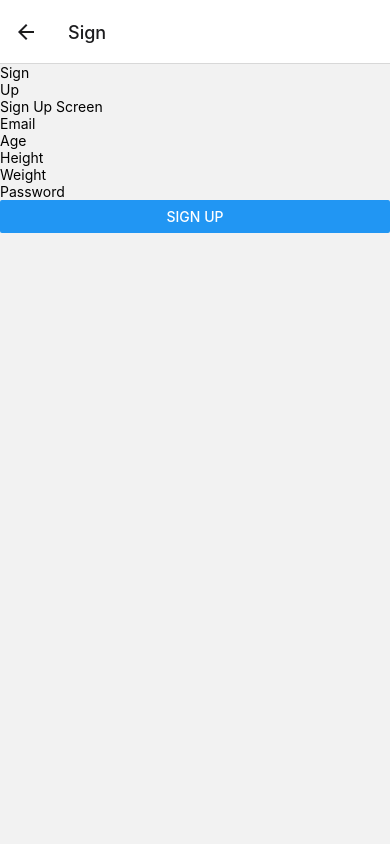
Repository: kgayathridevi/pregband
Screen: /Sign
The author's editor kept a copy of each file at every save. The screen is drawn from the files as they stood at one save, then again after the next save.
The app was drawn by React Native's web renderer in a window 390 px wide. The project was rebuilt for these pictures with package versions that can differ from the ones it lists, and the page was loaded fresh each time. Also part of the build but not shown: component/Home.jsx.

Above is the screen before, as saved 2023-04-28 15:39:13.

### App.js
import { NavigationContainer } from "@react-navigation/native";
import { createNativeStackNavigator } from "@react-navigation/native-stack";
import { StatusBar } from "expo-status-bar";
import { StyleSheet, Text, View } from "react-native";
import SignUpScreen from "./component/SignUpScreen";
import LogInScreen from "./component/LogInScreen";
import Home from "./component/Home";

const Stack = createNativeStackNavigator();
export default function App() {
  return (
    <NavigationContainer>
      <Stack.Navigator initialRouteName="Log">
        <Stack.Screen
          options={{ headerShown: false }}
          name="Log"
          component={LogInScreen}
        />
        <Stack.Screen name="Sign" component={SignUpScreen} />
        <Stack.Screen name="Home" component={Home} />
      </Stack.Navigator>
    </NavigationContainer>
  );
}

const styles = StyleSheet.create({
  // container: {
  //   flex: 1,
  //   backgroundColor: '#fff',
  //   alignItems: 'center',
  //   justifyContent: 'center',
  // },
});

### component/SignUpScreen.jsx
import { StyleSheet, Text, View, TextInput, SafeAreaView } from "react-native";
import React from "react";
import { Button } from "react-native";

const SignUpScreen = ({ navigation }) => {
  return (
    <SafeAreaView>
      <View>
        <View></View>
        <View>
          <Text>Sign</Text>
          <Text>Up</Text>
        </View>
      </View>
      <View></View>
      <Text>Sign Up Screen</Text>
      <TextInput placeholder="Email" />
      <TextInput placeholder="Age" />
      <TextInput placeholder="Height" />
      <TextInput placeholder="Weight" />
      <TextInput placeholder="Password" />
      <Button title="Sign Up" onPress={() => navigation.navigate("Log")} />
    </SafeAreaView>
  );
};

export default SignUpScreen;

const styles = StyleSheet.create({});

### component/LogInScreen.jsx
import {
  Button,
  StyleSheet,
  Text,
  TextInput,
  TouchableOpacity,
  View,
} from "react-native";
import React from "react";
import { SafeAreaView } from "react-native-safe-area-context";
import Ionicons from "@expo/vector-icons/Ionicons";

const LogInScreen = ({ navigation }) => {
  return (
    <SafeAreaView style={styles.container}>
      <View style={styles.headerContainer}>
        <View style={styles.btnCont}>
          {/* <Text>back</Text> */}
          <Ionicons name="arrow-back" color="black" size={30} />
        </View>
        <View style={styles.titleContain}>
          <Text style={styles.textC}>Log</Text>
          <Text style={[styles.textC, styles.textC2]}> In</Text>
        </View>
      </View>
      <View style={styles.mainContainer}>
        <View style={styles.inputContainer}>
          <Text style={{ fontSize: 20 }}>Email</Text>
          <TextInput style={styles.textInp} placeholder="Enter your name" />

          <Text style={{ fontSize: 20 }}>Password</Text>
          <TextInput style={styles.textInp} placeholder="Enter your password" />

          <View style={{ marginTop: 55, alignItems: "center" }}>
            <TouchableOpacity
              style={styles.logBtn}
              onPress={() => navigation.navigate("Home")}
            >
              <Text style={{ fontSize: 18 }}>Log In</Text>
            </TouchableOpacity>
            <TouchableOpacity onPress={() => navigation.navigate("Sign")}>
              <Text style={{ textDecorationLine: "underline" }}>
                Dont have an account? SignUp
              </Text>
            </TouchableOpacity>
          </View>
        </View>
        <View></View>
      </View>
    </SafeAreaView>
  );
};

export default LogInScreen;

const styles = StyleSheet.create({
  container: {
    // borderWidth: 2,
    height: "100%",
    backgroundColor: "#E5ECF3",
  },
  headerContainer: {
    // borderWidth: 2,
    height: "10%",
    flexDirection: "row",
    justifyContent: "space-between",
  },
  titleContain: {
    // borderWidth: 2,
    flexDirection: "row",
    width: "85%",
    alignItems: "center",
  },
  btnCont: {
    justifyContent: "center",
    // borderWidth: 2,
  },
  textC: {
    fontSize: 37,
  },
  textC2: {
    color: "#D37F7D",
  },

  mainContainer: {
    // borderWidth: 2,
    height: "90%",
    borderColor: "red",
  },
  inputContainer: {
    // borderWidth: 2,
    height: "80%",
    justifyContent: "center",
    padding: 10,
  },
  textInp: {
    borderWidth: 4,
    borderColor: "#D4ADAC",
    borderRadius: 20,
    height: 50,
    paddingHorizontal: 5,
    marginTop: 10,
  },
  logBtn: {
    backgroundColor: "#F9E8E6",
    height: 40,
    alignItems: "center",
    justifyContent: "center",
    width: "50%",
    borderRadius: 15,
  },
});

After the next save:
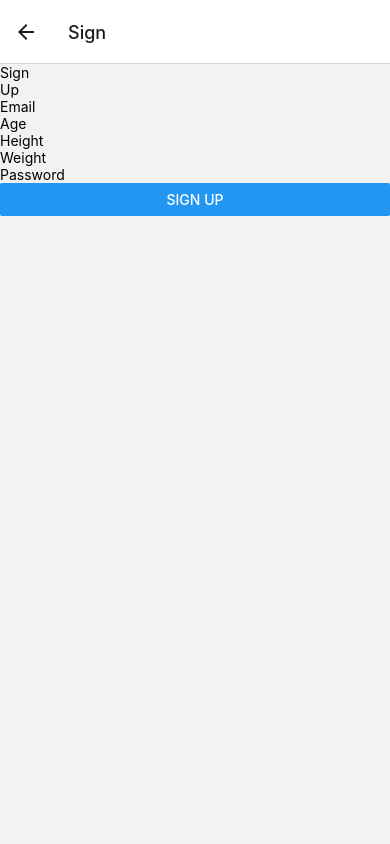
Saved 29 s later.
--- a/component/SignUpScreen.jsx
+++ b/component/SignUpScreen.jsx
@@ -13,7 +13,6 @@ const SignUpScreen = ({ navigation }) => {
         </View>
       </View>
       <View></View>
-      <Text>Sign Up Screen</Text>
       <TextInput placeholder="Email" />
       <TextInput placeholder="Age" />
       <TextInput placeholder="Height" />
